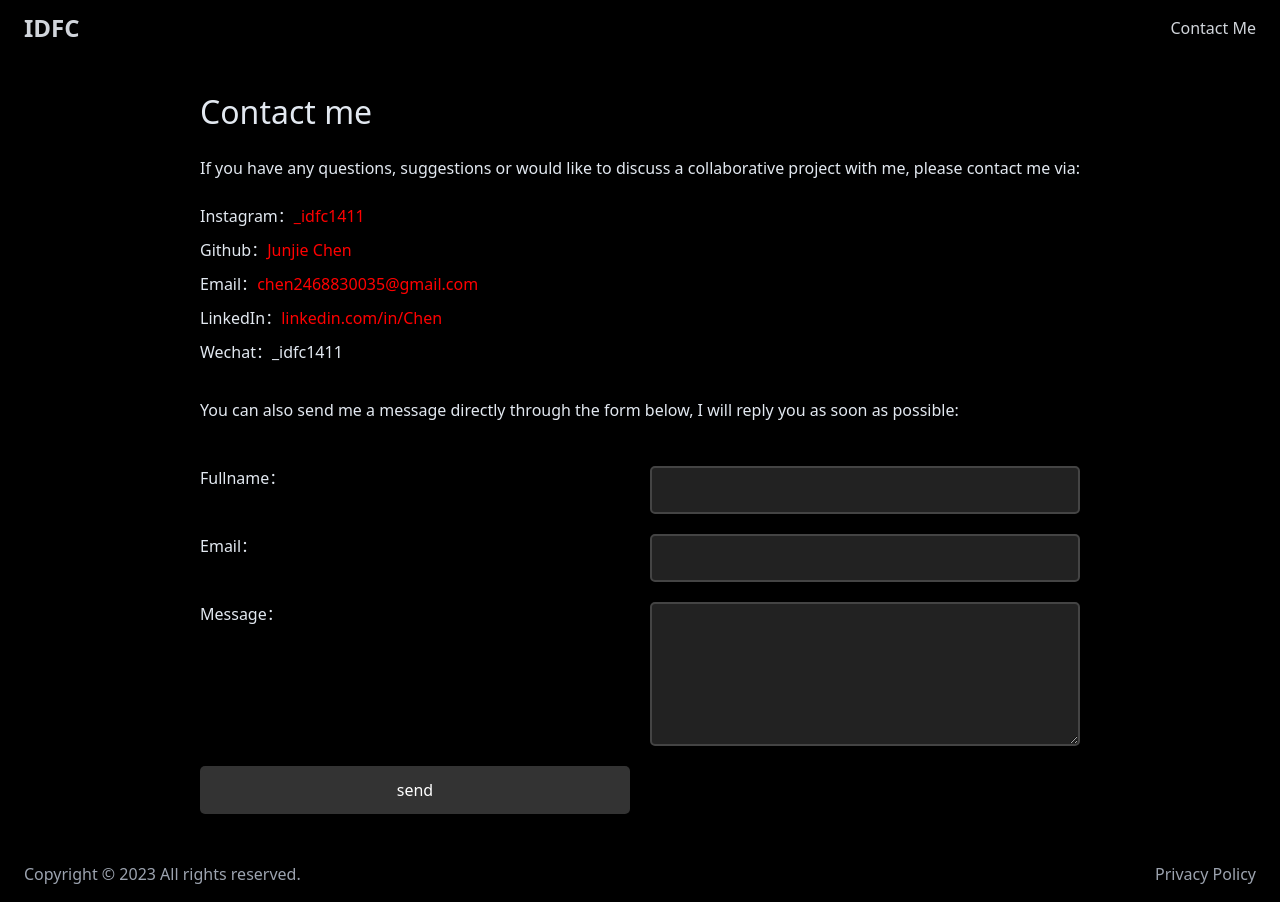
Repository: skybainiao/HackerStarter
Page: htmlFile/me.html
These files come from the project's save history. The page is drawn as it stood at one moment and after the next save; the edit follows.
The browser window is 1280 px wide. The pictures show the whole page.

Above is the page before, as saved 2023-04-09 18:01:24.

After the next save:
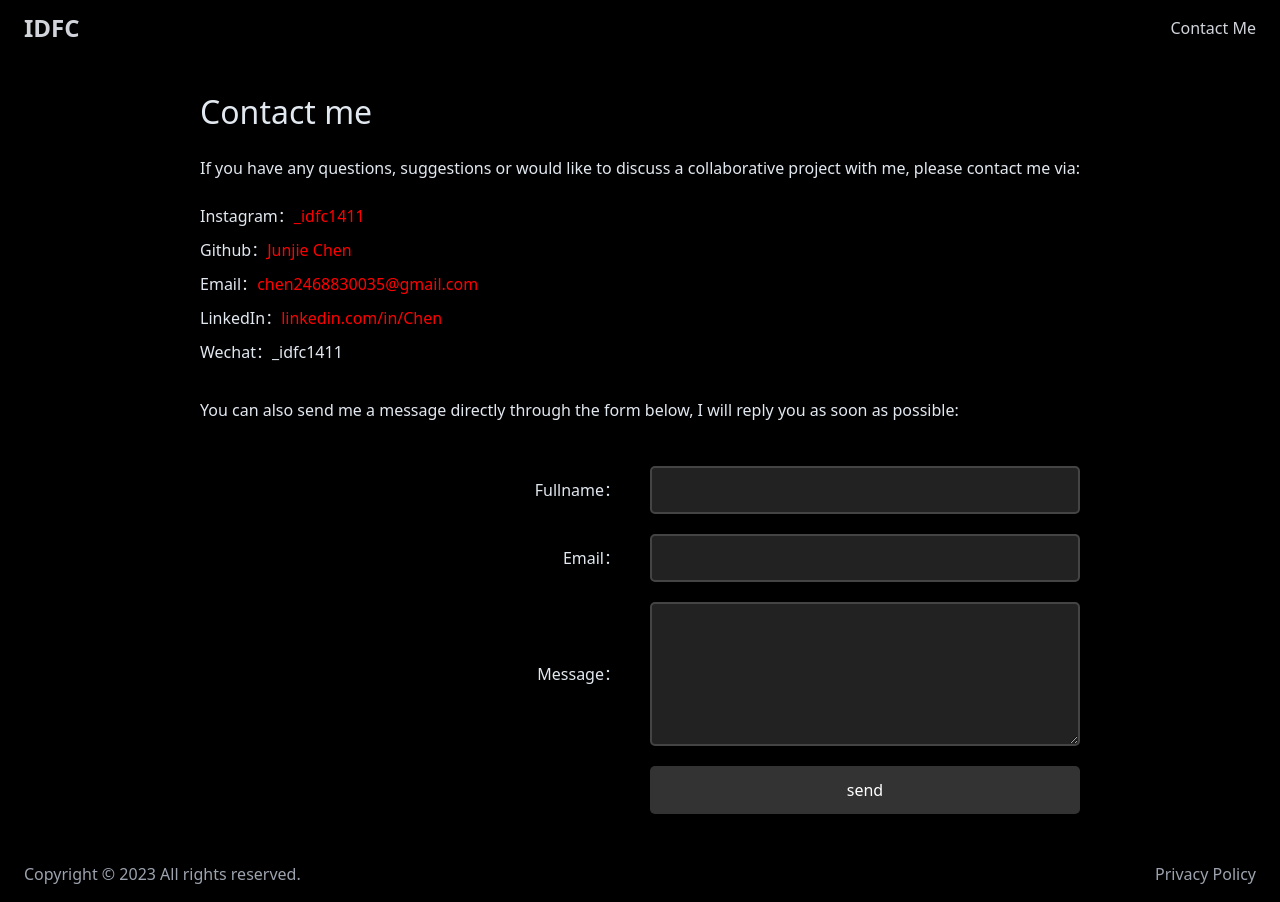
Saved 92 s later.
--- a/htmlFile/me.html
+++ b/htmlFile/me.html
@@ -82,8 +82,27 @@
 
   <style>
 
-/* 自定义按钮样式 */
-#send {
+
+form {
+    display: grid;
+    grid-template-columns: auto 1fr;
+    gap: 10px;
+}
+
+form label {
+    text-align: right;
+    padding-right: 10px;
+    align-self: center;
+}
+
+form input,
+form textarea,
+form button {
+    width: 100%;
+}
+
+form button {
+    grid-column: 2;
     background-color: #333;
     color: #fff;
     padding: 12px 24px;
@@ -94,6 +113,24 @@
     transition: background-color 0.3s;
 }
 
+form button:hover {
+    background-color: #555;
+}
+
+
+
+/* 自定义按钮样式 */
+#send {
+    background-color: #333;
+    color: #fff;
+    padding: 12px 24px;
+    border: none;
+    border-radius: 5px;
+    cursor: pointer;
+    font-size: 16px;
+    transition: background-color 0.3s;
+}
+
 /* 悬停效果 */
 #send:hover {
     background-color: #555;

After the save that followed:
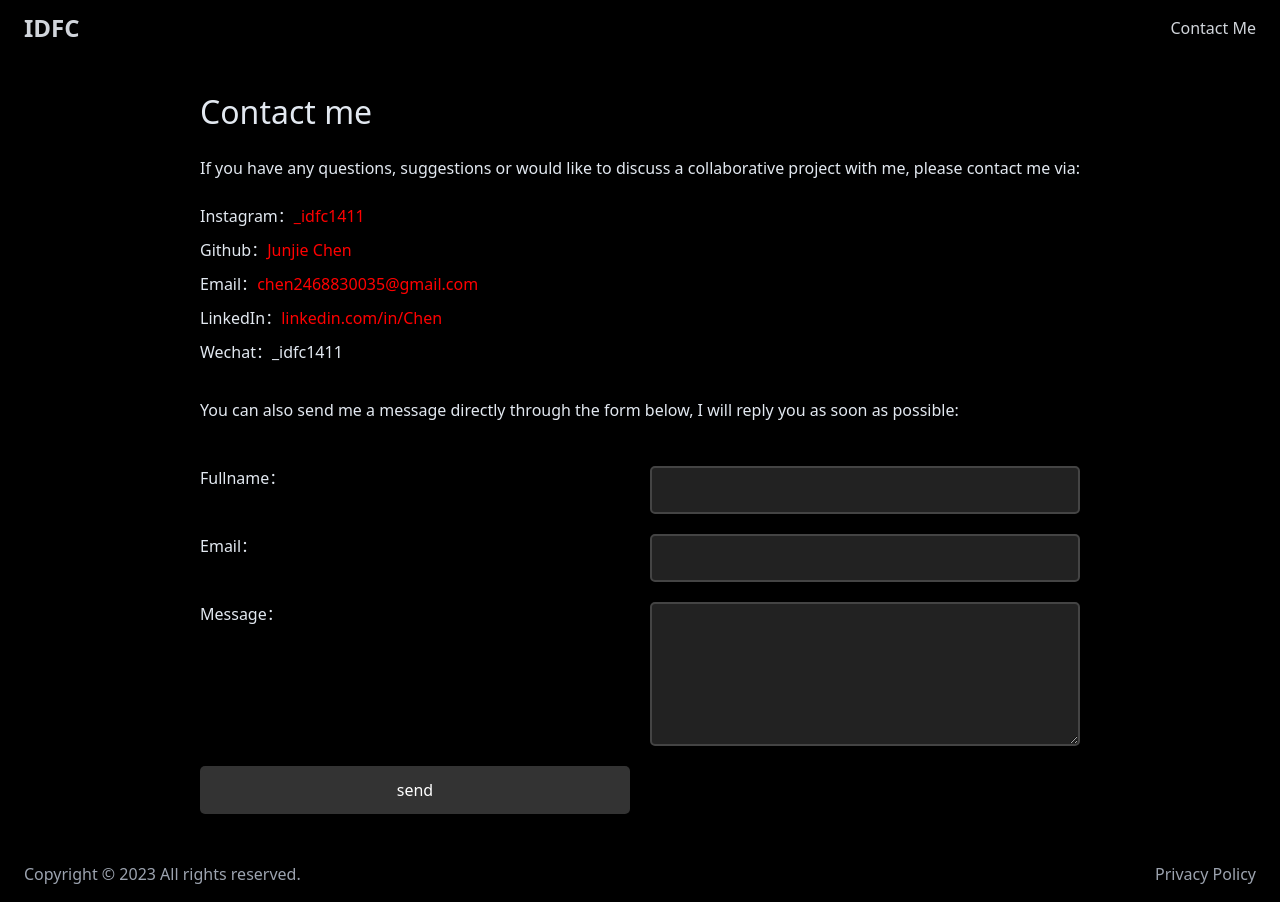
Saved 23 s later.
--- a/htmlFile/me.html
+++ b/htmlFile/me.html
@@ -83,39 +83,6 @@
   <style>
 
 
-form {
-    display: grid;
-    grid-template-columns: auto 1fr;
-    gap: 10px;
-}
-
-form label {
-    text-align: right;
-    padding-right: 10px;
-    align-self: center;
-}
-
-form input,
-form textarea,
-form button {
-    width: 100%;
-}
-
-form button {
-    grid-column: 2;
-    background-color: #333;
-    color: #fff;
-    padding: 12px 24px;
-    border: none;
-    border-radius: 5px;
-    cursor: pointer;
-    font-size: 16px;
-    transition: background-color 0.3s;
-}
-
-form button:hover {
-    background-color: #555;
-}
 
 
 
